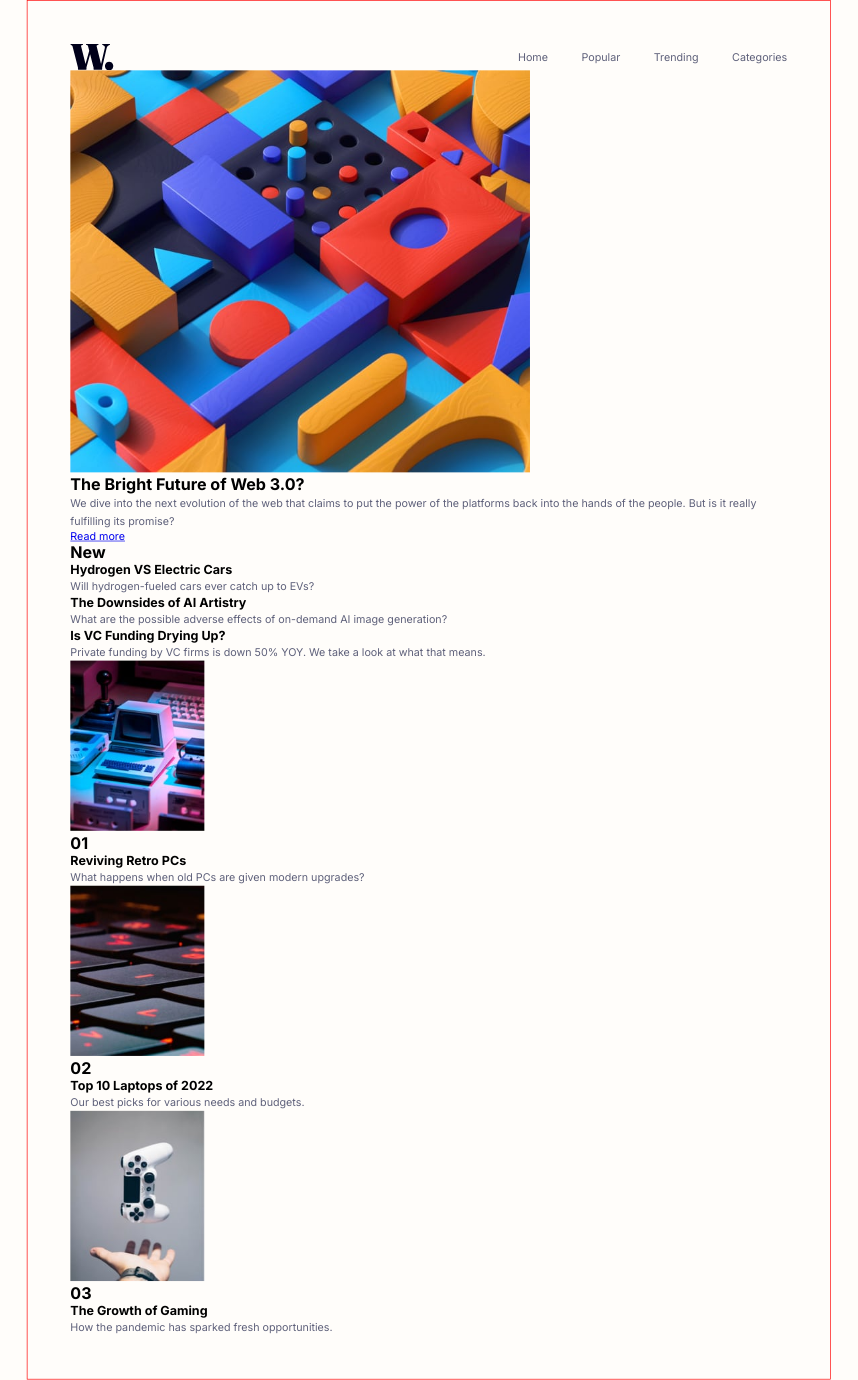
Repository: Arkitecth/news-webpage
Page: index.html
These files come from the project's save history. The page is drawn as it stood at one moment and after the next save; the edit follows.
The browser window is 1280 px wide. The pictures show the whole page, at 67% of full size.

Above is the page before, as saved 2023-06-07 19:55:01.

### index.html
<!DOCTYPE html>
<html lang="en">
<head>
  <meta charset="UTF-8">
  <meta name="viewport" content="width=device-width, initial-scale=1.0"> <!-- displays site properly based on user's device -->
  <title>News homepage</title>
  <link rel="stylesheet" href="style.css">
  <link rel="stylesheet" media="screen and (max-width:768px)" href="mobile.css">
</head>
<body>
  <main>
    <nav class="flex-container">
      <img class="logo" src="assets/images/logo.svg" alt="logo">
      <div class="hamburger-menu">
        <img class="icon-menu" src="assets/images/icon-menu.svg" alt="icon-menu">
          <ul class="menu-items">
            <li><a href="#"> Home </a> </li>
            <li><a href="#"> Popular </a></li>
            <li><a href="#">Trending </a></li>
            <li><a>Categories</a></li>
          </ul>
      </div>
    </nav>

    <section class="showcase-card">
      <img class="background-image" src="assets/images/image-web-3-mobile.jpg" alt="background-image">
      <h1>The Bright Future of Web 3.0? </h1>
      <p> We dive into the next evolution of the web that claims to put the power of the platforms back into the hands of the people.
        But is it really fulfilling its promise? </p>
      <a class="primary-btn" href="#">Read more </a>
    </section>

    <section class="news-card">
      <h2>New</h2>
      <article>
        <h3>Hydrogen VS Electric Cars</h3>
        <p>Will hydrogen-fueled cars ever catch up to EVs?  </p>
      </article>

      <article>
        <h3>The Downsides of AI Artistry </h3>
        <p>What are the possible adverse effects of on-demand AI image generation?</p>
      </article>
      <article>
        <h3>Is VC Funding Drying Up?</h3>
        <p>Private funding by VC firms is down 50% YOY. We take a look at what that means.</p>
      </article>
  </section>

  <section class="game-card">
    <article>
      <img src="assets/images/image-retro-pcs.jpg" alt="image-retro-pcs">
      <div class="game-content">
        <h2>01</h2>
        <h3>Reviving Retro PCs</h3>
        <p>What happens when old PCs are given modern upgrades?</p>
      </div>
    </article>

    <article>
      <img src="assets/images/image-top-laptops.jpg" alt="image-top-laptops">
      <div class="game-content">
        <h2>02</h2>
        <h3>Top 10 Laptops of 2022</h3>
        <p>Our best picks for various needs and budgets.</p>
      </div>
    </article>

    <article>
      <img src="assets/images/image-gaming-growth.jpg" alt="image-top-laptops">
      <div class="game-content">
        <h2>03</h2>
        <h3>The Growth of Gaming</h3>
        <p>How the pandemic has sparked fresh opportunities.</p>
      </div>
    </article>

  </section>

  </main>
<script src="script.js"></script>






</body>
</html>

### style.css
@import url('https://fonts.googleapis.com/css2?family=Inter:wght@400;700;800&display=swap');

:root {
    --dark-primary: #00001A;
    --dark-secondary:#5E607A;
    --almost-white:#FFFDFA;
    --primary-color:#F15D51;
    --list-color:#5E607A
}

/* Main Styling */
* {
    margin: 0;
    padding: 0;
    box-sizing: border-box;
}


p {
    color: #5E607A;
    line-height: 26px;
}

body {
    font-family: 'Inter', sans-serif;
    background: #FFFDFA;
}

main {
    max-width: 1200px;
    margin: auto;
    padding: 4rem 4rem;
    overflow: hidden;
    border: 1px solid red;
}

.icon-menu {
    display: none;
}

.flex-container {
    display: flex;
    justify-content: space-between;
    align-items: center;
}

.menu-items li  {
    list-style-type: none;
}
.menu-items {
    display: flex;
    justify-content: space-evenly;
    gap: 50px;
}
.menu-items li a {
    color: var(--list-color);
    text-decoration: none;
}

.menu-items li a:hover {
    color: var(--primary-color);
}

### script.js
const hamburger = document.querySelector(".hamburger-menu");
const iconMenu = document.querySelector(".icon-menu");
const menuItems = document.querySelector(".menu-items");
const backgroundImage = document.querySelector(".background-image");

const body = document.querySelector("body");
iconMenu.addEventListener("click", () => {
    hamburger.classList.toggle("menu-box");
    iconMenu.classList.toggle("toggle-icon");
    menuItems.classList.toggle("toggle-menu-items");
    body.classList.toggle("toggle-dark");
    backgroundImage.classList.toggle("toggle-background-brightness");
})
iconMenu.src = "assets/images/icon-menu.svg";

### mobile.css
:root {
    --dark-primary: #00001A;
    --dark-secondary:#5E607A;
    --almost-white:#FFFDFA;
    --primary-color:#F15D51;
}
main {
    display: grid;
    grid-template-rows: auto auto auto auto;
}

.flex-container {
    display: flex;
    justify-content: space-between;
    align-items: center;
}

.container {
    margin: 1.25rem;
}

.logo {
    margin: 1.25rem;
}


/* Menu and Nav */
.icon-menu {
    display: block;
}
.menu-items {
    list-style-type: none;
    display: none;
    font-size: 1.125rem;
}

.menu-items li {
    padding: 20px;
}


.menu-items li a {
    text-decoration: none;
    color: #00001A;

}


.hamburger-menu {
    margin: 20px;
}

.toggle-dark {
    background-color: rgba(18, 23, 37, 0.6);
}

.menu-box {
    position: absolute;
    margin: 0;
    top: 0;
    right: 0;
    height: 100vh;
    width: 40vh;
    background-color: var(--almost-white);
    z-index: 1;
}


.toggle-icon {
    content: url("assets/images/icon-menu-close.svg");
    padding-top: 20px;
    margin-left: 80%;
}

.toggle-menu-items {
    display: block;
    padding: 20px;
}

.toggle-background-brightness {
    filter: brightness(50%);
}


/* Showcase Card */

.background-image {
    width: 343px;
}

.showcase-card {
    display: grid;
    grid-template-rows: repeat(1fr 1fr 1fr 1fr);
    align-content: center;
    justify-content: center;
}

.showcase-card h1 {
    font-size: 2.5rem;
    font-weight: 800;
    width: 21.4375rem;
    padding: 1rem 0 1rem 0;
}

.showcase-card p {
    width: 21.4375rem;
}

.primary-btn {
    margin-top: 20px;
}

.primary-btn {
    text-decoration: none;
    text-transform: uppercase;
    background-color: var(--primary-color);
    color: var(--almost-white);
    width: 185px;
    height: 48px;
    font-weight: 700;
    font-size: 14px;
    text-align: center;
    padding-top: 15px;
    letter-spacing: 4.38px;
}

.primary-btn:hover {
    background-color: #00001A;
}

/* News Card */
.news-card {
    display: grid;
    justify-content: center;
    background-color: black;
    color: #FFFDFA;
    margin: 100px 30px 0 30px;
    padding-left: 20px;
}

.news-card h2 {
    color: #E9AA52;
    font-size: 2rem;
    padding-top: 1rem;
}

.news-card article h3 {
    padding-bottom: 1.5rem;
    padding-top: 2rem;
}

.news-card article p {
    padding-bottom: 1.5rem;
    border-bottom: 1px solid #5E607A;
    color: #C5C6CE;
}

/* Game Card */

.game-card {
    display: grid;
    grid-template-rows: 1fr 1fr 1fr;
    margin: 100px 30px 0 30px;
    justify-content: center;
    padding-bottom: 100px;
    align-items: center;
    gap:30px
}

.game-card img {
    width: 100px;
    height: 129px;
}

.game-card article {
    display: grid;
    grid-template-columns: auto 1fr;
}

.game-content {
   padding-left: 20px;
}

.game-content h2 {
    color: #C5C6CE;
    font-size: 2rem;
    padding-bottom: 0.5rem;
}

.game-content h3 {
    padding-bottom: 1rem;
}

After the next save:
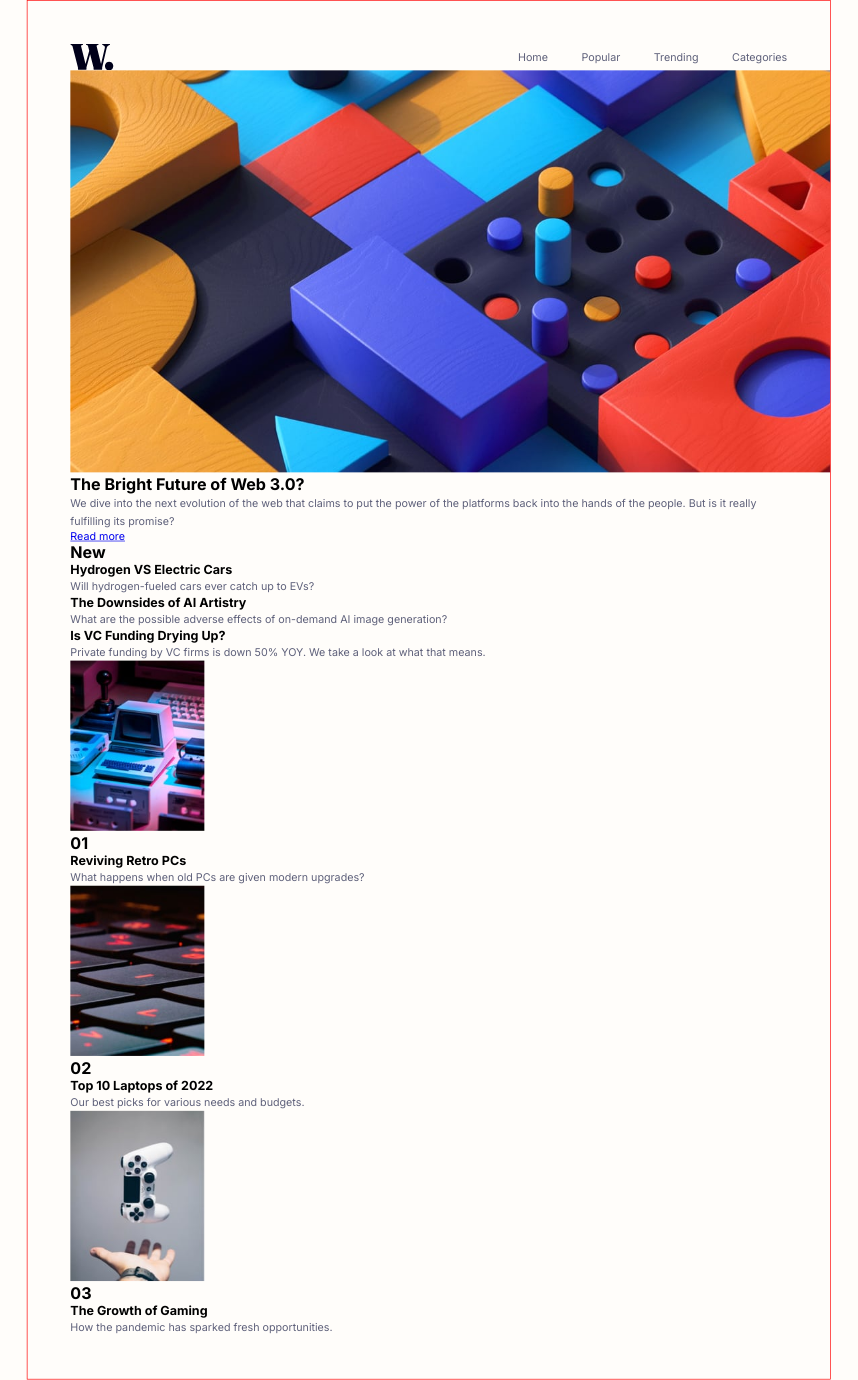
Saved 5 min 21 s later.
--- a/style.css
+++ b/style.css
@@ -60,3 +60,7 @@
 .menu-items li a:hover {
     color: var(--primary-color);
 }
+
+.background-image {
+    content: url("assets/images/image-web-3-desktop.jpg");
+}
